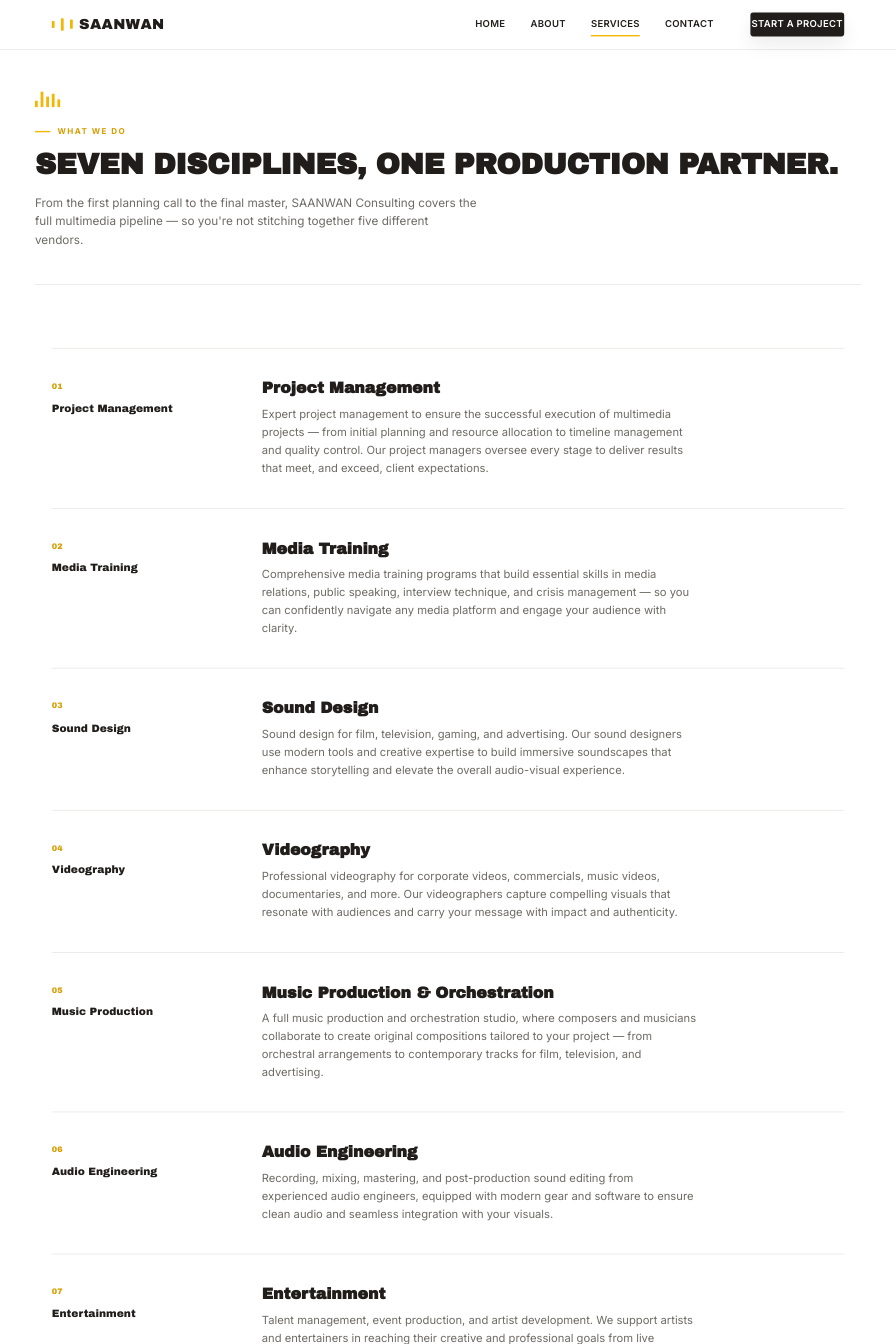
Repository: joshuaonazi/saanwan
Page: services.html
An editor plug-in stored every save of this project. The page is shown before and after the next save, followed by the edit.
The browser window is 1280 px wide. The pictures show the part of the page from y = 0 to 1920 px (the page is 3201 px tall), at 70% of full size.

Above is the page before, as saved 2026-07-11 00:03:44.

After the next save:
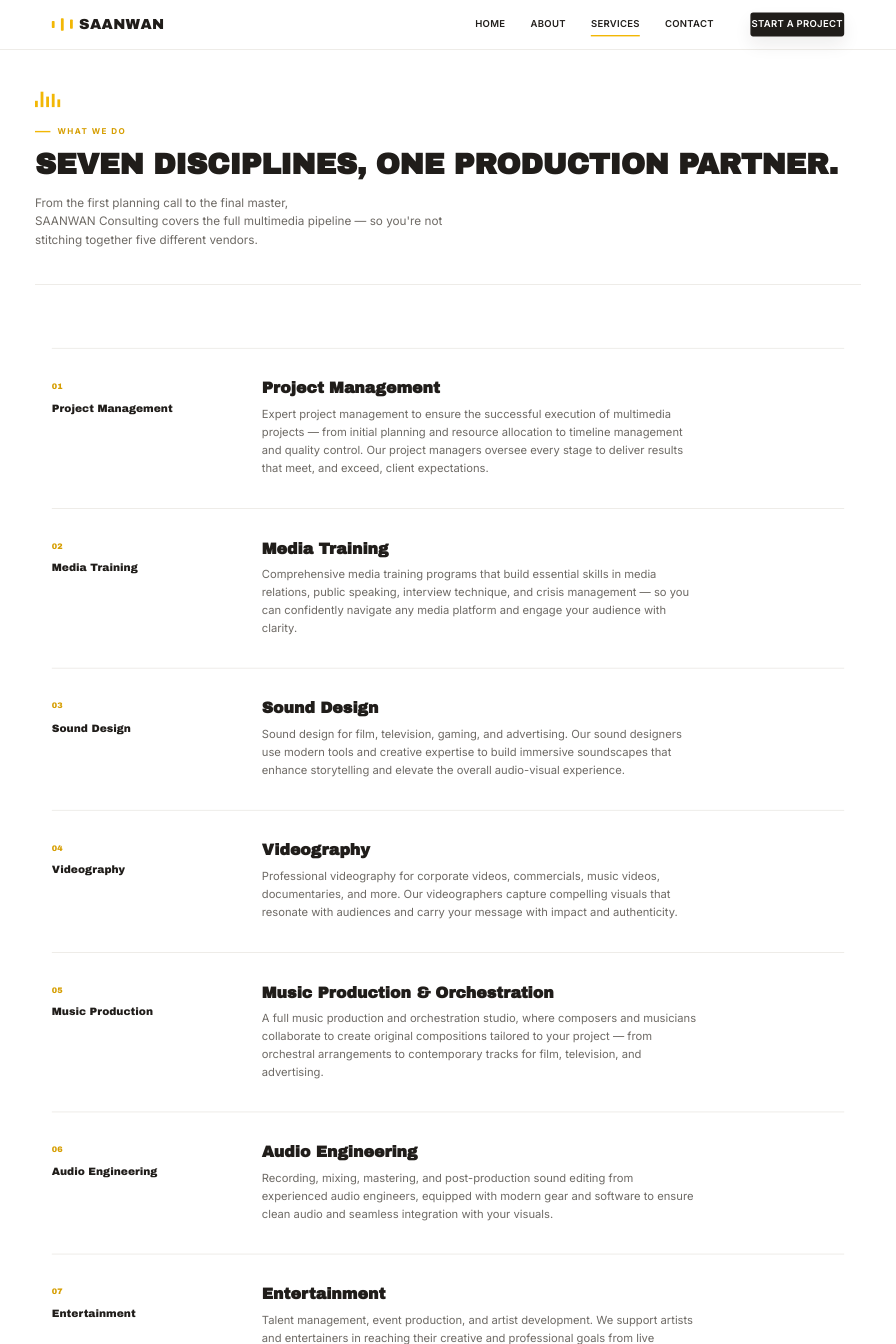
Saved 15 s later.
--- a/services.html
+++ b/services.html
@@ -37,7 +37,7 @@
     <div class="eq-divider"><span></span><span></span><span></span><span></span><span></span></div>
     <span class="eyebrow">What We Do</span>
     <h2>Seven disciplines, one production partner.</h2>
-    <p>From the first planning call to the final master, SAANWAN Consulting covers the full multimedia pipeline — so you're not stitching together five different vendors.</p>
+    <p>From the first planning call to the final master, <br>SAANWAN Consulting covers the full multimedia pipeline — so you're not stitching together five different vendors.</p>
   </section>
 
   <section class="section">
